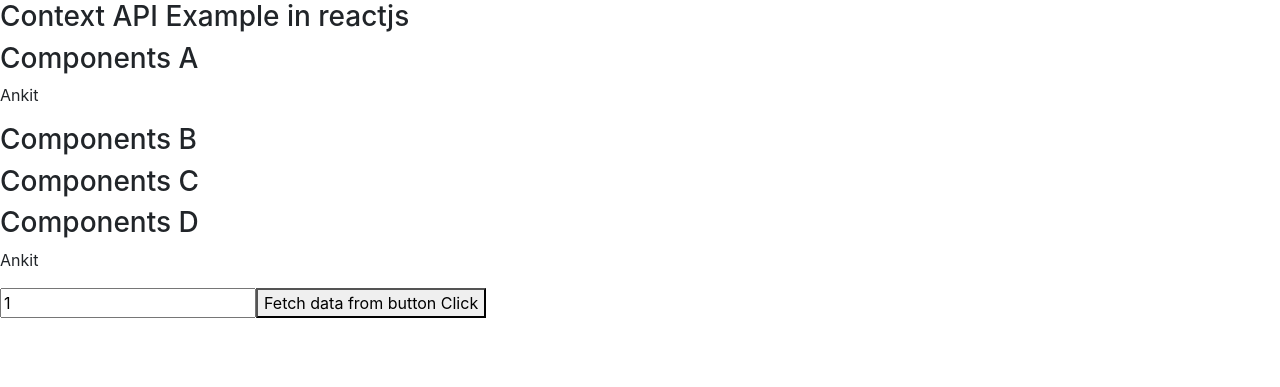
Repository: lalji-yadav/React-Context-API
Page: /a
The author's editor kept a copy of each file at every save. The page is drawn from the files as they stood at one save, then again after the next save.
The browser window is 1280 px wide. The pictures show the whole page.
The page's requests for data from a server got no answer. The project was rebuilt for these pictures with package versions that can differ from the ones it lists, and the page was loaded fresh each time. No one was signed in, and anything a server would have sent is missing. Also part of the build but not shown: src/App.css.

Above is the page before, as saved 2021-02-12 17:55:17.

### src/App.js
import  React,{ useState,Suspense } from 'react';
import './App.css';
import {
  BrowserRouter as Router,
  Switch,
  Route,
  Link
} from "react-router-dom";
//import A from "./components/A";

const A = React.lazy(()=> import('./components/A'))
const TableData = React.lazy(()=>import('./CRUD/tableData'))
const ComponentA = React.lazy(()=>import('./contextapiAdvance/componentA'))
const IncDecReset = React.lazy(()=>import('./inc-dec-reset/incDecReset'))
const Complex = React.lazy(()=>import('./inc-dec-reset/complex'))
const MultipleUseReducer = React.lazy(()=>import('./inc-dec-reset/multipleUseReducer'))


export const ThemeContext = React.createContext()

function App() {

  const [data, setData] = useState({
    name: "Lalji Yadav Kamasin",
    mob:"8726650277",
    email:'lalji@gmail.com'
  })

 const changeStates=()=> {
    setData({
      name:"Change value Name Lalji to Anubhav Kumar yadav",
      mob:"1234567890",
      email:'12lalji@gmail.com'
    })
  }
  const contextValues = {
    data: data,
    changeStates: changeStates
  }

  return (
    <div>
      <h3> Context API Example in reactjs  </h3>

      {/* <ThemeContext.Provider value={contextValues}>
        <Home />
      </ThemeContext.Provider> */}

      <Router>
       <Suspense fallback={<div>Loading.....</div>}>
        <Switch>
          <Route exact path="/a" component={A} />
          <Route exact path="/tabledata" component={TableData} />
          <Route exact path="/compa" component={ComponentA} />
          <Route exact path="/inc-dec-reset" component={IncDecReset} />
          <Route exact path="/complex" component={Complex} />
          <Route exact path="/multipleusereducer" component={MultipleUseReducer} />



        </Switch>
       </Suspense>
      </Router>

    </div>
  );
}

export default App;

### src/components/A.js
import React, { useState } from 'react';
import B from "./B";
import { Provider } from "../globalState/newState";

const A = (props) => {

    const [values, setValues] = useState({
        name:'Ankit'
    })
    console.log(props)
    return (
        <div>
             <h3> Components A </h3>
              <p>{values.name}</p>
              <Provider value={values}>
                <B />
              </Provider>

        </div>
    );
};

export default A;

### src/components/B.js
import React from 'react';
import C from "./C";

const B = () => {

    return (
        <div>
             <h3> Components B </h3>
             <C />
        </div>
    );
};

export default B;

### src/globalState/newState.js
import React  from 'react';

const MyContext = React.createContext('Default Valus')

export const Provider = MyContext.Provider;
export const Consumer = MyContext.Consumer;

### src/components/C.js
import axios from 'axios';
import React, { useEffect, useState } from 'react';
import D from "./D";

const C = () => {
    const [loading, setLoading] = useState(true)
    const [error, setError] = useState('')
    const [data, setData] = useState({})
    const [id, setId] = useState(1)
    const [idfromButton, setIdfromButton] = useState(1)

    const handle=()=> {
        setIdfromButton(id)
    }

    useEffect(()=>{
        axios.get(`https://reqres.in/api/unknown/${idfromButton}`).then((res)=> {
            console.log(res.data.data)
            setData(res.data.data)
            setLoading(false)
            setError('')
        }).catch((err)=> {
            console.log(err)
            setLoading(false)
            setError('Something went rong')
        })
    },[idfromButton])

    return (
        <div>
             <h3> Components C </h3>
             <D />

             <input type="text" placeholder="find by Id" value={id} onChange={e=>setId(e.target.value)} />

             <button onClick={handle}> Fetch data from button Click </button>

             <h3>{data.name}</h3>
             {/* {
                 data.map(item=> (<li key={item.id} >{item.name}</li>))
             } */}
        </div>
    );
};

export default C;

### src/components/D.js
import React from 'react';
import { Consumer } from "../globalState/newState";


const D = () => {


    return (
        <div>
            <h3> Components D </h3>
            <Consumer>
                 {
                     value=> <p>{value.name}</p>
                 }
             </Consumer>
        </div>
    );
};

export default D;

Loaded but not shown: public/index.html (common file); src/index.js (common file); src/index.css (common file); src/reportWebVitals.js (common file)

After the next save:
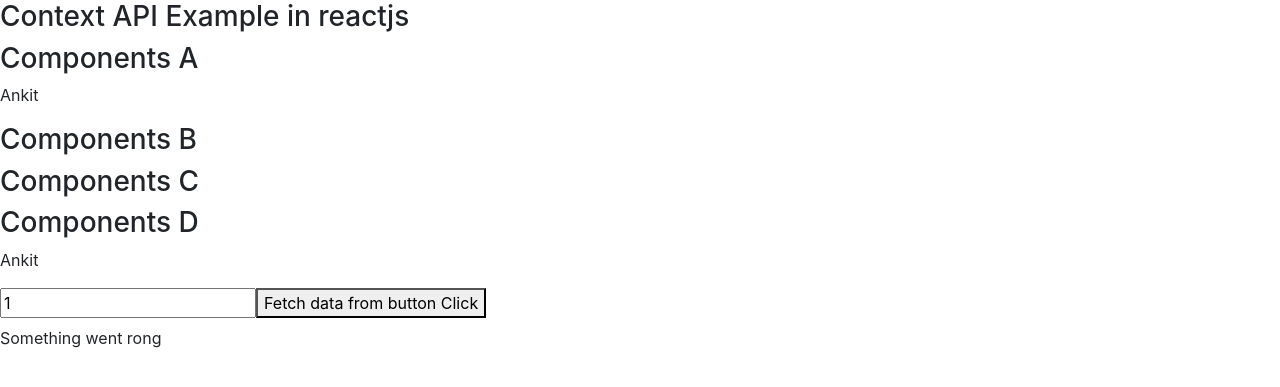
Saved 2 min 58 s later.
--- a/src/components/C.js
+++ b/src/components/C.js
@@ -36,6 +36,9 @@ const C = () => {
              <button onClick={handle}> Fetch data from button Click </button>
 
              <h3>{data.name}</h3>
+             {
+                 error? error : null
+             }
              {/* {
                  data.map(item=> (<li key={item.id} >{item.name}</li>))
              } */}
